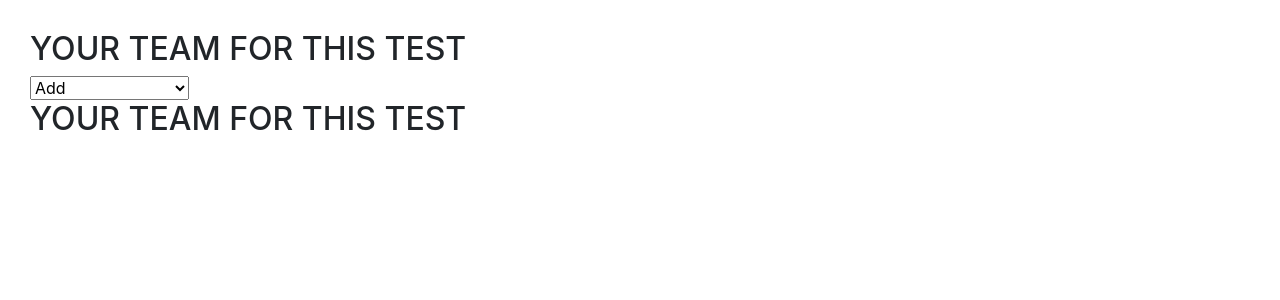
Repository: ftc92/team
Page: /
An editor plug-in stored every save of this project. The page is shown before and after the next save, followed by the edit.
The browser window is 1280 px wide. The pictures show the whole page.
Some web fonts or font styles are not loaded; a fallback is used. The project was rebuilt for these pictures with package versions that can differ from the ones it lists, and the page was loaded fresh each time. Also part of the build but not shown: src/components/team.css.

Above is the page before, as saved 2019-01-15 01:52:19.

### src/index.js
import React from "react";
import ReactDOM from "react-dom";
import "./index.css";
import App from "./App";
import * as serviceWorker from "./serviceWorker";
import "bootstrap/dist/css/bootstrap.css";
import Select from "./components/selectMember";

ReactDOM.render(<App />, document.getElementById("root"));

// If you want your app to work offline and load faster, you can change
// unregister() to register() below. Note this comes with some pitfalls.
// Learn more about service workers: http://bit.ly/CRA-PWA
serviceWorker.register();

### src/App.js
import React, { Component } from "react";
import logo from "./logo.svg";
import "./App.css";
import Select from "./components/selectMember";
import Team from "./components/team";
import data from "./data.json";

class App extends Component {
  state = {
    users: data,
    members: []
  };

  handleClick = id => {
    let curr = this.state.users.filter(u => u.id == id);
    let members = [...curr, ...this.state.members];
    this.setState({ members });
  };

  render() {
    let difference = this.state.users.filter(
      x => !this.state.members.includes(x)
    );
    console.log(difference);
    return (
      <div className="outer">
        <h2>YOUR TEAM FOR THIS TEST</h2>
        <Select users={difference} onClick={this.handleClick} />
        <Team members={this.state.members} />
      </div>
    );
  }
}

export default App;

### src/components/selectMember.jsx
import React, { Component } from "react";

class Select extends Component {
  render() {
    // console.log(this.state.users);

    return (
      <div>
        <select
          onChange={e => {
            this.props.onClick(e.target.value);
          }}
        >
          <option key={0} value={0}>
            Add
          </option>
          {this.props.users.map(u => (
            <option key={u.id} value={u.id}>
              {u.username}
            </option>
          ))}
        </select>
      </div>
    );
  }
}

export default Select;

### src/App.css
.App {
  text-align: center;
}

.App-logo {
  animation: App-logo-spin infinite 20s linear;
  height: 40vmin;
}

.App-header {
  background-color: #282c34;
  min-height: 100vh;
  display: flex;
  flex-direction: column;
  align-items: center;
  justify-content: center;
  font-size: calc(10px + 2vmin);
  color: white;
}

.App-link {
  color: #61dafb;
}
.outer {
  margin: 30px;
}

@keyframes App-logo-spin {
  from {
    transform: rotate(0deg);
  }
  to {
    transform: rotate(360deg);
  }
}

### src/components/team.jsx
import React, { Component } from "react";
import "./team.css";

class Team extends Component {
  render() {
    return (
      <div>
        <h2>YOUR TEAM FOR THIS TEST</h2>
        {this.props.members.map(m => (
          <div className="roww" key={m.id}>
            <div className="photo_cnt">
              <img className="photo" alt="img" src="avatar-default.png" />
              <i class="fa fa-times del_usr" aria-hidden="true" />
            </div>
            <div className="details">
              <div>{m.role}</div>
              <b>{m.username}</b>
            </div>
          </div>
        ))}
      </div>
    );
  }
}

export default Team;

### src/data.json
[
  {
    "username": "Max Mustermann",
    "role": "Admin",
    "picture": "avatar-default.png",
    "id": 1
  },
  {
    "username": "Erika Mustermann",
    "role": "Internal",
    "picture": "avatar-default.png",
    "id": 2
  },
  {
    "username": "Minta J\u00e1nos",
    "role": "Internal",
    "picture": "avatar-default.png",
    "id": 3
  },
  {
    "username": "Minta Kata",
    "role": "External",
    "picture": "avatar-default.png",
    "id": 4
  },
  {
    "username": "Jin-Soo Kwon",
    "role": "Internal",
    "picture": "avatar-default.png",
    "id": 5
  },
  {
    "username": "Sun-Hwa Kwon",
    "role": "Internal",
    "picture": "avatar-default.png",
    "id": 6
  },
  {
    "username": "Desmond Hume",
    "role": "Admin",
    "picture": "avatar-default.png",
    "id": 7
  },
  {
    "username": "Duncan Idaho",
    "role": "External",
    "picture": "avatar-default.png",
    "id": 8
  },
  {
    "username": "Georgia Lass",
    "role": "External",
    "picture": "avatar-default.png",
    "id": 9
  },
  {
    "username": "Betty Rhomer",
    "role": "Internal",
    "picture": "avatar-default.png",
    "id": 10
  }
]

Loaded but not shown: public/index.html (common file); src/index.css (common file); src/serviceWorker.js (common file)

After the next save:
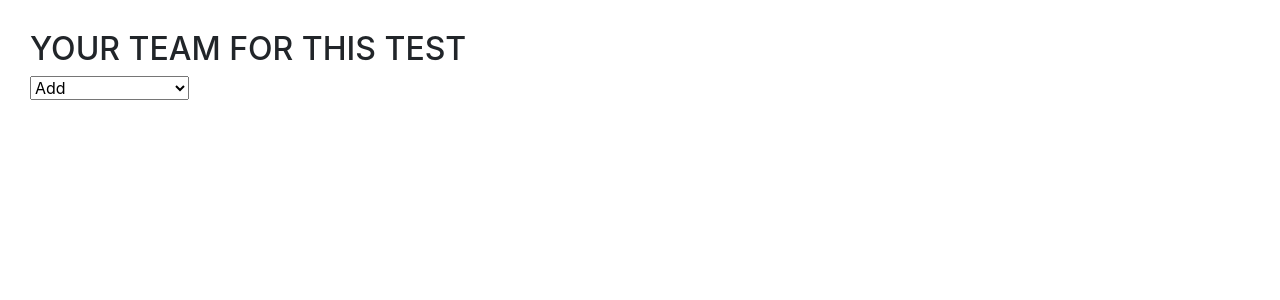
Saved 8 s later.
--- a/src/components/team.jsx
+++ b/src/components/team.jsx
@@ -5,7 +5,6 @@ class Team extends Component {
   render() {
     return (
       <div>
-        <h2>YOUR TEAM FOR THIS TEST</h2>
         {this.props.members.map(m => (
           <div className="roww" key={m.id}>
             <div className="photo_cnt">
